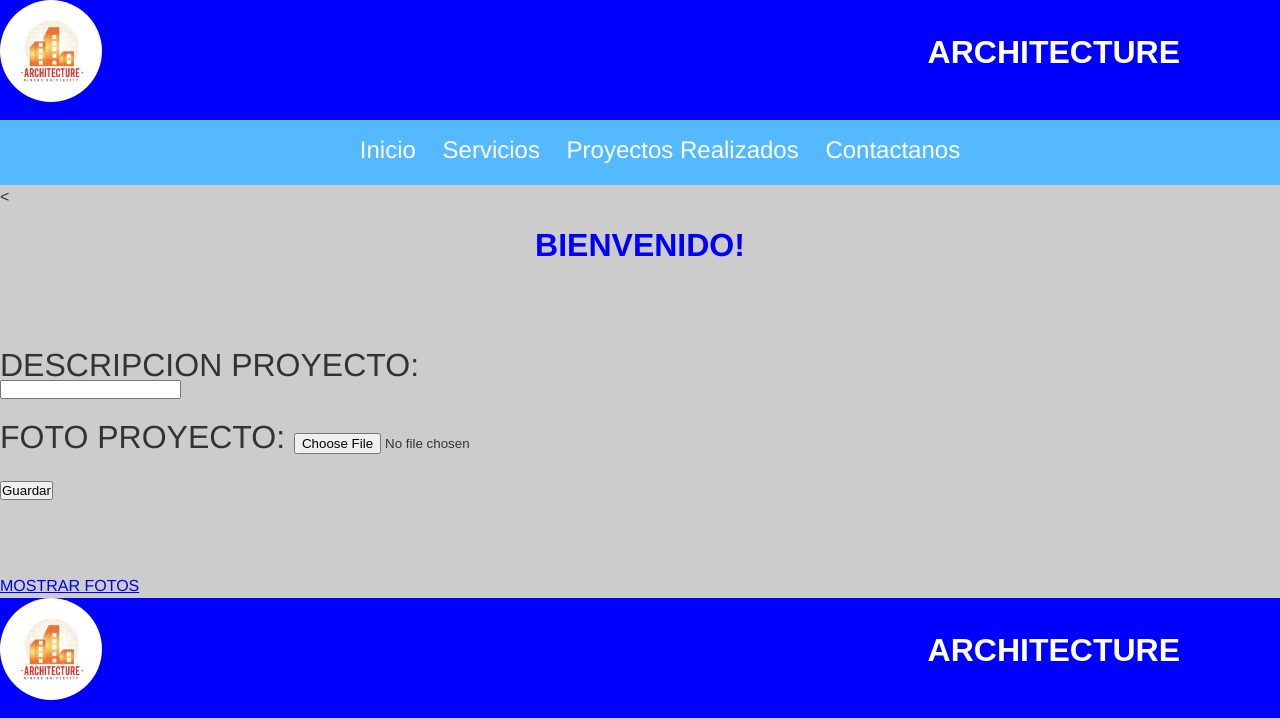
Repository: gabrielestrella18/htdocs
Page: http://localhost/arquitectos/control.php
The author's editor kept a copy of each file at every save. The page is drawn from the files as they stood at one save, then again after the next save.
The browser window is 1280 px wide. The pictures show the whole page.
The page is run by PHP 8.4 with error messages shown; the project is at /var/www/html/.

Above is the page before, as saved 2023-12-11 00:29:39.

After the next save:
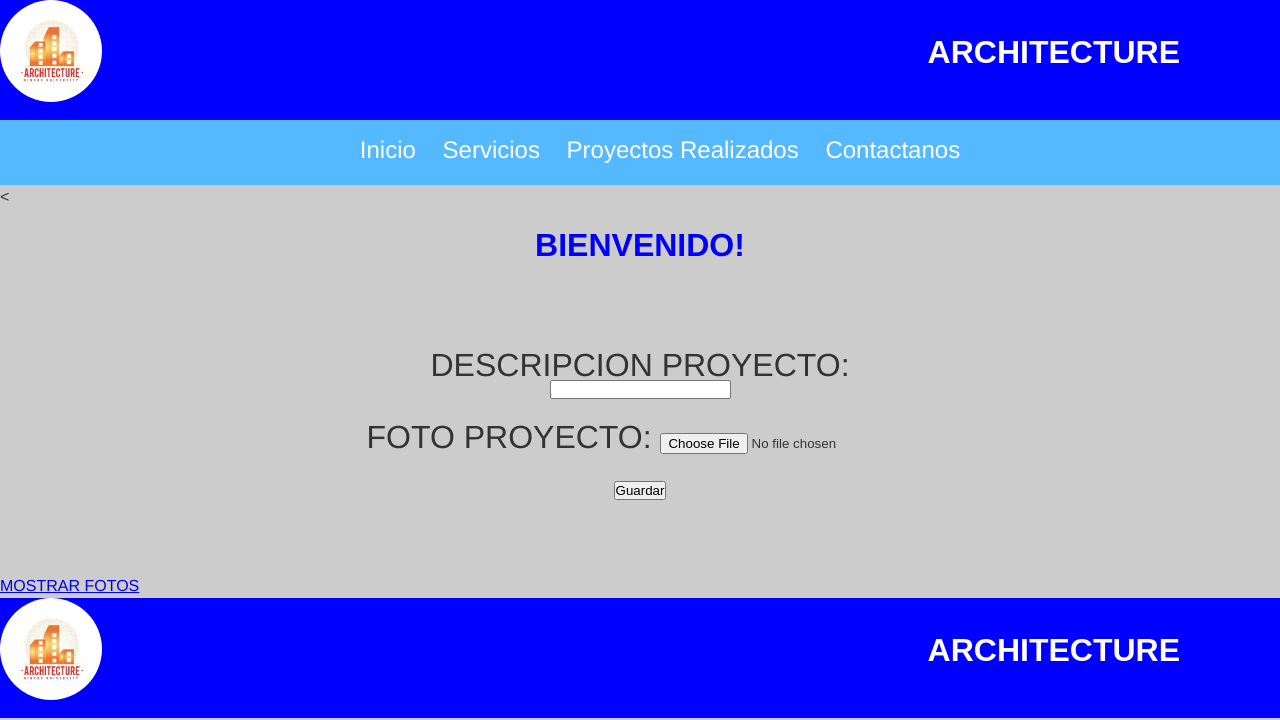
Saved 4 min 25 s later.
--- a/arquitectos/estilo.css
+++ b/arquitectos/estilo.css
@@ -352,3 +352,7 @@ h5 {
     width: 70%;
     height: 90%;
 }
+
+.ancho {
+    text-align: center;
+}

After the 3 saves that followed:
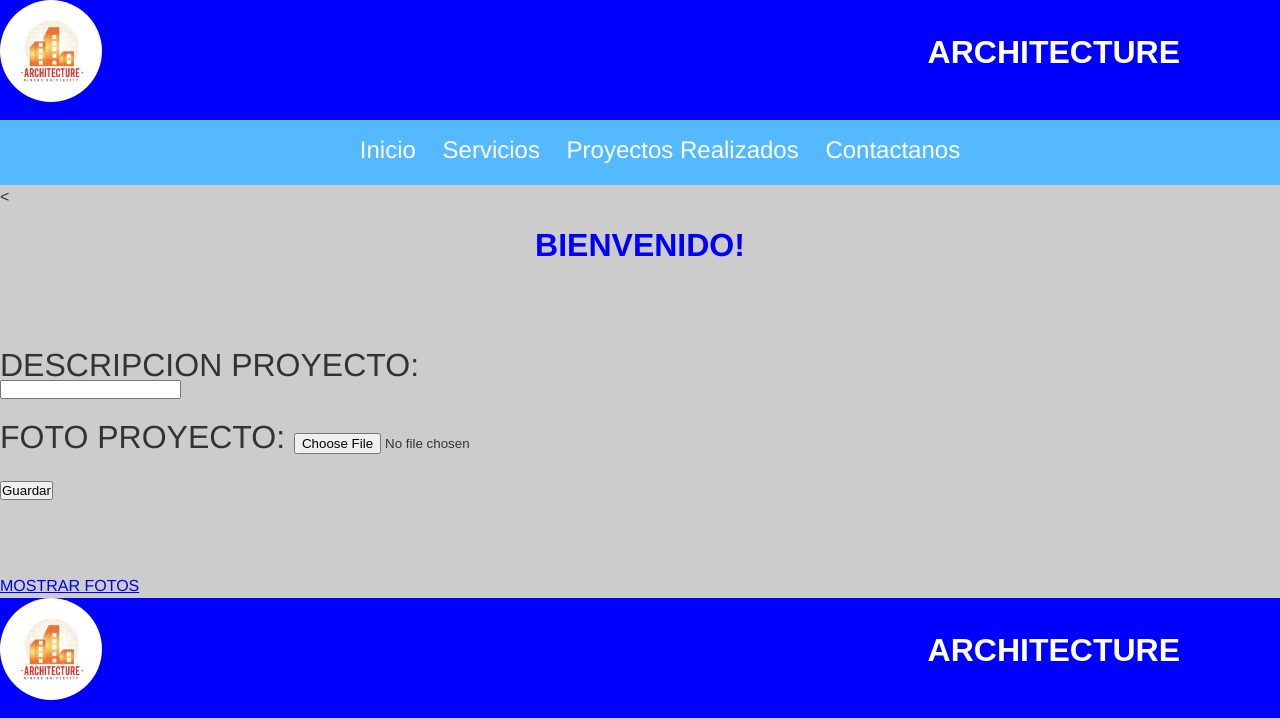
The 3 saves are shown as one change because 2 left the picture as it was.
The last was saved 2 min 18 s later.
--- a/arquitectos/control.php
+++ b/arquitectos/control.php
@@ -22,7 +22,7 @@ include "menu.php"
 <h5>BIENVENIDO!</h5>
 <br><br><br>
 <div class="ancho">
-      <Form id="form1" name="form1" method="post" action="recibir.php" enctype="multipart/form-data">
+      <Form  id="form1" name="form1" method="post" action="recibir.php" enctype="multipart/form-data">
 
         <br>
         <P>DESCRIPCION PROYECTO: </P>
--- a/arquitectos/estilo.css
+++ b/arquitectos/estilo.css
@@ -353,6 +353,6 @@ h5 {
     height: 90%;
 }
 
-.ancho {
-    text-align: center;
-}
+.desproy {
+    text-align: center;
+}
